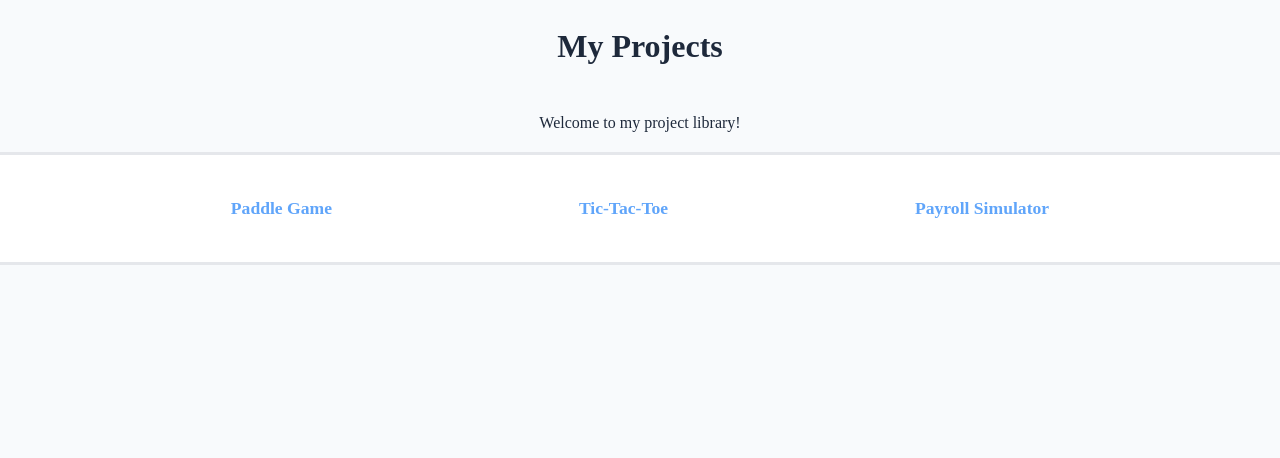
Repository: alison-cunningham/alison-cunningham
Page: pages/main-projects-page.html
An editor plug-in stored every save of this project. The page is shown before and after the next save, followed by the edit.
The browser window is 1280 px wide. The pictures show the whole page.
Some web fonts or font styles are not loaded; a fallback is used.

Above is the page before, as saved 2026-05-08 20:20:16.

### pages/main-projects-page.html
<!DOCTYPE html>
<html lang="en">
<head>
    <meta charset="UTF-8" />
    <title>Project - Paddle Game</title>
    <meta name="viewport" content="width=device-width, initial-scale=1.0">
    <link rel="stylesheet" href="../styles/pages.css"/>
    <link rel="stylesheet" href="../styles/globals.css"/>
</head>
<body>
<header class="project-header">
    <h1>My Projects</h1>
    <p>
        Welcome to my project library!
        <br>
    </p>
</header>

<nav>
    <a href="./paddle-game.html" target="myframe">
        <h4>Paddle Game</h4>
    </a>
    <a href="./tic-tac-toe.html" target="myframe">
        <h4>Tic-Tac-Toe</h4>
    </a>
    <a href="./payroll-simulator.html" target="myframe">
        <h4>Payroll Simulator</h4>
    </a>
</nav>

</body>


</html>

### styles/pages.css
.project-header{
    display: grid;
    justify-content: center;
    text-align: center;

}

nav{
    width: 100%;
    background-color: #ffffff;

    border-bottom: .2rem solid #e5e7eb;
    border-top: .2rem solid #e5e7eb;

    display: flex;
    flex-direction: row;
    justify-content: space-evenly;

}

nav a{
    text-decoration: none;
    color: #60a5fa;

    padding: 1rem;
    border-radius: .5rem;

    font-size: 1.1rem;
    font-weight: 600;

    transition:
    background-color 0.3s ease,
    color 0.3s ease,
    transform 0.2s ease;
}

nav a:hover{

}

### styles/globals.css
@font-face{
    font-family: 'Radio-Canada';
    src: url('../assets/fonts/Radio_Canada/RadioCanada-VariableFont_wdth\,wght.ttf')
}



body{
    font-family: 'Radio-Canada';

    background-color: #f8fafc;
    color: #1e293b;

    line-height: 1.6;
    font-size: 1rem;

    margin: 0;
    overflow-x: hidden;
}


a{
    text-decoration: none;
    color: inherit;
}

h3{
    font-size: 1.4rem;
    margin-bottom: 1rem;
    color: #0f172a;
}

### pages/paddle-game.html
<!DOCTYPE html>
<html lang="en">
<head>
    <meta charset="UTF-8" />
    <title>Project - Paddle Game</title>
    <meta name="viewport" content="width=device-width, initial-scale=1.0">
    <link rel="stylesheet" href="../styles/globals.css"/>
</head>
<body>
    <header>
        <h1>Paddle Game</h1>
        <h5>Check out some of the projects I've done!</h5>
    </header>

    <aside>
        <a href="./paddle-game.html"
    </aside>

    <figure>
        <img src="../assets/images/paddle-game-screenshot-2.png" alt="Screenshot from Paddle Game gameplay">
    </figure>


</body>

</html>

After the next save:
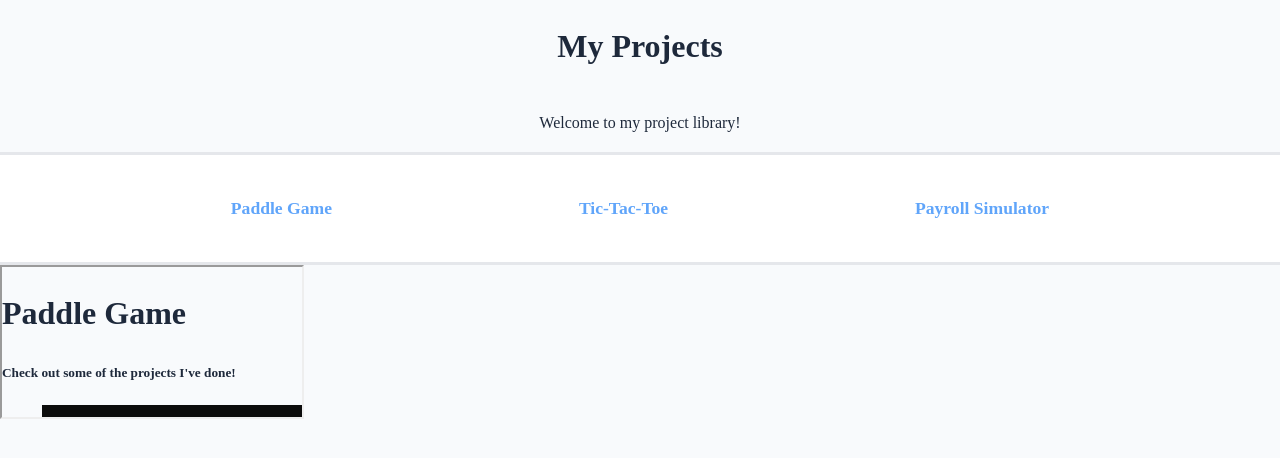
Saved 98 s later.
--- a/pages/main-projects-page.html
+++ b/pages/main-projects-page.html
@@ -27,6 +27,9 @@
         <h4>Payroll Simulator</h4>
     </a>
 </nav>
+<section class="mainview">
+    <iframe src="./paddle-game.html" name="myframe"></iframe>
+</section>
 
 </body>
 
